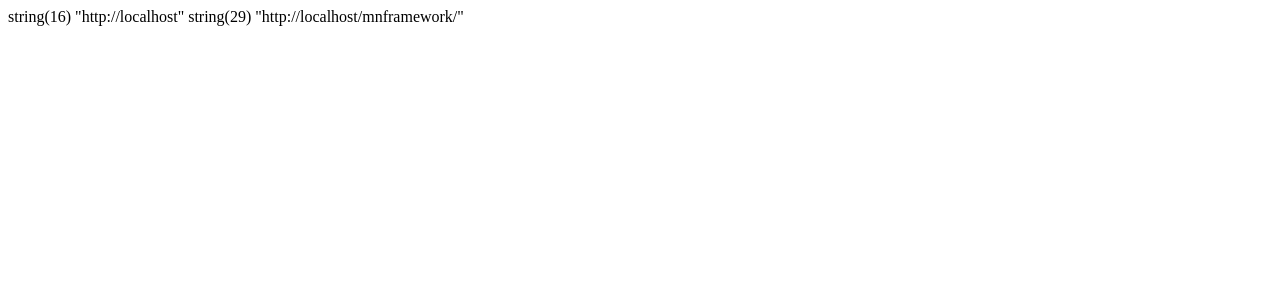
Repository: nersus15/mnTemplate
Page: http://localhost/mnframework/
These files come from the project's save history. The page is drawn as it stood at one moment and after the next save; the edit follows.
The browser window is 1280 px wide. The pictures show the whole page.
The page is run by PHP 8.4 with error messages shown; the project is at /var/www/html/.

Above is the page before, as saved 2020-09-26 23:07:50.

### index.php
<?php
if (!session_id()) session_start();
require_once 'apps/init.php';
new Apps();

### apps/init.php
<?php
require_once 'core/route.php';
require_once 'core/apps.php';
require_once 'core/token_generator.php';
require_once 'core/controller.php';
require_once 'config/config.php';
require_once 'core/database.php';
require_once 'core/flasher.php';
require_once 'config/autoload.php';

foreach($config['autoload'] as $k => $v){
    if(!empty($config['autoload'][$k])){
        foreach($config['autoload'][$k] as $a){
            require_once $k . '/' . $a . '.php';
        }
    }
}

### apps/core/route.php
<?php
class Route {
    /**
     * @var
     * void
     */
    protected $routes=[];

    public function __construct($url = null) {
        if(!IS_ROUTE)
            return false;
        if(in_array($url, $this->routes))
            return $this->run_routes($url);

        var_dump($url);die;
    }

    static function get($route, $function){
        $routes[] = array($route => $function);
    }

    function run_routes($route){
        if(is_callable($this->routes[$route]))
            $this->routes[$route];
        else{
            $controller = explode("@", $this->routes[$route]);
            $class = '';
            require_once APP_PATH . 'apps/controller/' . $controller[0] . '.php';
            $class = new $controller[0];
            call_user_func_array([$class, $controller[1]], []);
        }

        return true;
    }
}

### apps/core/apps.php
<?php
class apps extends Route
{
    protected $controller = controller_def;
    protected $method = method_def;
    protected $parameter = [];
    protected $controller_path = '';
    public function __construct()
    {
        $protocol = (isset($_SERVER['HTTPS']) && $_SERVER['HTTPS'] === 'on' ? "https" : "http") . "://$_SERVER[HTTP_HOST]";
        var_dump($protocol);
        $isrout = parent::__construct(str_replace($protocol.'://', '', $this->get_link()));
        if (!$isrout) {
            $url = $this->parseURL();
            //cek apakah ada file kontroller dengan nama sesuai di url
            if (!empty($url)) {
                if (count($url) > 1 && file_exists(APP_PATH . 'controller/' . $url[0] . '/' . $url[1] . '.php')) {
                    $this->controller_path = APP_PATH . 'controller/' . $url[0] . '/' . $url[1] . '.php';
                    $this->controller = $url[1];
                    if (count($url) >= 3) {
                        $this->method = $url[2];
                        unset($url[0], $url[1], $url[2]);
                    }
                } elseif (file_exists(APP_PATH . 'controller/' . $url[0] . '.php')) {
                    $this->controller_path = APP_PATH . 'controller/' . $url[0] . '.php';
                    $this->controller = $url[0];
                    if (count($url) >= 2) {
                        $this->method = $url[1];
                        unset($url[0], $url[1]);
                    } elseif (count($url) == 1)
                        unset($url[0]);
                } else {
                    response(['message' => 'Halaman yang anda tuju tidak ditemukan'], 404, 'error');
                }
            } else {
                if (!file_exists(APP_PATH . 'controller/' . $this->controller . '.php')) {
                    response(['message' => 'Halaman yang anda tuju tidak ditemukan'], 404, 'error');
                } else {
                    $this->controller_path = APP_PATH . 'controller/' . $this->controller . '.php';
                }
            }

            require_once $this->controller_path;
            $controller = new $this->controller;
            // var_dump($this->method);die;

            //cek apakah ada parameter yang dikirimkan
            if (!empty($url)) {
                foreach ($url as $k => $v) {
                    if (empty($v))
                        unset($url[$k]);
                }

                $this->parameter = array_values($url);
            }
            //menjalankan controller, method, daan paramter
            call_user_func([$controller, $this->method], $this->parameter);
        }
    }
    public function parseURL()
    {
        $url = $this->get_link();
        $url = str_replace(BASEURL, '', $actual_link);

        // var_dump($url);die;
        return empty($url) ? $url : explode('/', $url);
    }

    public function get_link(){
        $actual_link = (isset($_SERVER['HTTPS']) && $_SERVER['HTTPS'] === 'on' ? "https" : "http") . "://$_SERVER[HTTP_HOST]$_SERVER[REQUEST_URI]";
        return $actual_link;
    }
}

### apps/core/token_generator.php
<?php
class Token
{
    protected $token = array();
    protected $fs;

    function init()
    {

    }
    function generate($value)
    {
        $id = uniqid();
        $value = array('aktif' => true, 'value' => $value);
        // $this->fs->add($id, $value);
        var_dump($this->fs->read());

        return $id;
    }

    function validate($token)
    {
        if (!isset($this->token[$token]))
            return array("message" => "error! Token tidak valid", "status" => false);

        if (!$this->token[$token]['aktif'])
            return array("message" => "error! Token sudah digunakan", "status" => false);

        $this->token[$token]['aktif'] = false;
        return true;
    }
    function reset($token)
    {
        $temp = $this->token[$token]['value'];
        unset($this->token[$token]);
        return $this->generate($temp);
    }
}

### apps/core/controller.php
<?php
class controller
{

    private $instance;
    private $views = [];
    private $params = ['params' => []];

    public function __construct()
    {
        $this->instance = &$this;
    }
    public function view($view, $data = [])
    {
        extract($data);
        // var_dump(APP_PATH . 'views/' . $view . '.php');die;
        try {
            require_once APP_PATH . 'views/' . $view . '.php';
        } catch (\Throwable $th) {
            response(['message' => 'error', 'err' => print_r($th, true)], 404);
        }
    }
    public function model($model)
    {
        require_once APP_PATH . 'models/' . $model . '.php';
        return new $model;
    }
    public function helper($helper)
    {
        require_once APP_PATH . 'helpers/' . $helper . '.php';
    }

    public function library($lib)
    {
        require_once APP_PATH . 'library/' . $lib . '.php';
        $class = $lib . '_lib';
        return new $class;
    }
    public function getinstance()
    {
        return $this->instance;
    }

    public function addViews($views, $params = null)
    {
        if (is_array($views)) {
            foreach ($views as $v)
                $this->views[] = $v;
        } else
            $this->views[] = $views;
        if (!is_array($params))
            $this->params['params'][] = $params;
        else {
            foreach ($params as $k => $v) {
                $this->params[$k] = $v;
            }
        }
    }
    function add_javascript($js)
    {
        if (isset($js['pos'])) {
            $this->params['extra_js'][] = $js;
        } else {
            foreach ($js as $j) {
                $this->params['extra_js'][] = $j;
            }
        }
    }
    function error_page($file, $params, $type = 'html')
    {
        $this->load->view('errors/' . $type . '/' . $file, $params);
    }
    function add_cachedJavascript($js, $type = 'file', $data = array())
    {
        if (!empty($data)) {
            foreach ($data as $k => $v) {
                $this->params['var'][$k] = $v;
            }
        }
        $this->params['extra_js'][] = array(
            'script' => $type == 'file' ? file_get_contents(STATIC_PATH . 'js/' . $js . '.js') : $js,
            'type' => 'inline',
            'pos' => 'body:end'
        );
    }
    function add_cachedStylesheet($css, $type = 'file', $pos = 'head', $data = array())
    {
        if (!empty($data)) {
            foreach ($data as $k => $v) {
                $this->params['var'][$k] = $v;
            }
        }
        $this->params['extra_css'][] = array(
            'style' => $type == 'file' ? file_get_contents(STATIC_PATH  . 'css/' . $css . '.css') : $css,
            'type' => 'inline',
            'pos' => $pos
        );
    }
    function add_stylesheet($css)
    {
        if (isset($css['pos'])) {
            $this->params['extra_css'][] = $css;
        } else {
            foreach ($css as $c) {
                $this->params['extra_css'][] = $c;
            }
        }
    }
    public function render()
    {
        foreach ($this->views as $view) {
            $this->view($view, $this->params);
        }
        $this->views = [];
        $this->params = [];
    }
}

### apps/config/config.php
<?php
define('BASEURL', 'http://localhost/mnframework/');
// define('STATIC_PATH', "https://localhost/mnframework/");
define("VENDOR_PATH", "https://cdn.kamscode.tech/");
define('APP_PATH', str_replace('config', '', __DIR__));
define('PROJECT_PATH', str_replace('apps/', '', APP_PATH));
define('DB_HOST', 'localhost');
define('DB_USER', 'root');
define('DB_PASS', '');
define('DB_NAME', 'mnframework');
define('controller_def', 'home');
define('method_def', 'index');
define('IS_ROUTE', true);
define('DEPENDENCIES_PATH', str_replace('apps/', '', APP_PATH) . 'vendor/');
date_default_timezone_set('Asia/Singapore');

// CONST
define('MYSQL_TIMESTAMP_FORMAT', 'Y-m-d H:i:s');
define('MYSQL_DATE_FORMAT', 'Y-m-d');

### apps/core/database.php
<?php
class database
{

    private $host = DB_HOST;
    private $user = DB_USER;
    private $pass = DB_PASS;
    private $name = DB_NAME;

    private $dbh;
    private $stmt;

    public function __construct()
    {
        //database source name
        $dsn = 'mysql:host=' . $this->host . ';dbname=' . $this->name;
        $option = [
            PDO::ATTR_PERSISTENT => true,
            PDO::ATTR_ERRMODE => PDO::ERRMODE_EXCEPTION
        ];
        try {
            $this->dbh = new PDO($dsn, $this->user, $this->pass, $option);
        } catch (PDOExceptioin $e) {
            die($e->getMessage());
        }
    }
    public function query($query)
    {
        $this->stmt = $this->dbh->prepare($query);
    }
    //binding query
    public function bind($param, $value, $type = null)
    {

        if (is_null($type)) {
            switch (true) {
                case is_int($value):
                    $type = PDO::PARAM_INT;
                    break;
                case is_bool($value):
                    $type = PDO::PARAM_BOOL;
                    break;
                case is_null($value):
                    $type = PDO::PARAM_NULL;
                    break;
                default:
                    $type = PDO::PARAM_STR;
            }
        }
        $this->stmt->bindValue($param, $value, $type);
    }
    //menjalankan query
    public function execute()
    {
        $this->stmt->execute();
        // var_dump($this->stmt);
        // die;
    }
    //mengambil semua hasil query
    public function resultSet()
    {
        $this->execute();
        return $this->stmt->fetchAll(PDO::FETCH_ASSOC);
    }
    //mengambil satu hasil query
    public function single()
    {
        $this->execute();
        return $this->stmt->Fetch(PDO::FETCH_ASSOC);
    }
    public function rowCount()
    {
        $this->execute();
        return $this->stmt->rowCount();
    }
    public function result_object()
    {

        $num = $this->rowCount();
        if ($num > 0) {
            $passwords['item'] = array();
            while ($row = $this->stmt->fetch(PDO::FETCH_ASSOC)) {
                extract($row);
                $item = array(
                    "site" => isset($site) ? $site : null,
                    "url" => isset($url) ? $url : null,
                    "username" => isset($username) ? $username : null,
                    "password" => isset($password) ? $password : null,
                    "pemilik" => isset($pemilik) ? $pemilik : null,
                );
                array_push($passwords['item'], $item);
            }
        }
        return $passwords['item'];
    }
    public function single_object()
    {
        $this->execute();
        return $this->stmt->Fetch(PDO::FETCH_ORI_REL);
    }
}

### apps/core/flasher.php
<?php
class flasher
{
    public static function setFlash($pesan, $type)
    {
        $_SESSION['flash'] = [
            'pesan' => $pesan,
            'type' => $type
        ];
    }
    public static function flash()
    {
        if (isset($_SESSION['flash'])) {
            echo '<div class="alert alert-' . $_SESSION['flash']['type'] . ' alert-dismissible fade show" role="alert">
           <strong>' . $_SESSION['flash']['pesan'] . '
          </div>';
            unset($_SESSION['flash']);
        }
    }
}

### apps/config/autoload.php
<?php
// Config untuk autoload helper dan library

$config['autoload']['helpers'] = array('main_helper');

### apps/helpers/main_helper.php
<?php

function response($message = '', $code = 200, $type = 'succes')
{
    http_response_code($code);
    $message['type'] = $type;
    echo json_encode($message);
    die;
}



function config_item($file = '', $params = null)
{

    $field = [];
    if (!empty($params)) {

        if (is_array($params)) {
            for ($i = 0; $i < count($params); $i++)
                $field[] = $params[$i];
        } else
            $field[] = $params;
    }
    if (file_exists(APP_PATH . 'config/' . $file . '.php')) {
        $file_path =  APP_PATH . 'config/' . $file . '.php';
        require($file_path);

        if (!empty($field)) {
            switch (count($field)) {
                case 1:
                    return $config[$field[0]];
                    break;
                case 2:
                    return $config[$field[0]][$field[1]];
                    break;
            }
        } else
            return $config;
    } else
        response(['message' => 'file config tidak ditemukan'], 500);
}
function catat($log, $tipe = 'WARNING')
{
    $temp = $log;
    $separator = "============================================================<< MULAI >>=====================================================";

    $temp = is_array($temp) ? print_r($temp, true)  : $temp;
    $log = PHP_EOL . $separator . PHP_EOL . "[" . waktu(null, 'd-M-Y H:i:s') . " " . date_default_timezone_get() . ' ' . get_client_ip() . ' ' . $_SERVER['HTTP_USER_AGENT'] . "] " . $tipe . ": " . $temp;

    $log_sebelum = file_get_contents(PROJECT_PATH . 'error_log');
    $separator = "============================================================<< SELESAI >>=====================================================";
    file_put_contents(PROJECT_PATH . 'error_log', $log_sebelum . PHP_EOL . $log . PHP_EOL . $separator . PHP_EOL);
}

function clear_log()
{
    file_put_contents(PROJECT_PATH . 'error_log', '');
}
// Function to get the client IP address
function get_client_ip()
{
    $ipaddress = '';
    if (getenv('HTTP_CLIENT_IP'))
        $ipaddress = getenv('HTTP_CLIENT_IP');
    else if (getenv('HTTP_X_FORWARDED_FOR'))
        $ipaddress = getenv('HTTP_X_FORWARDED_FOR');
    else if (getenv('HTTP_X_FORWARDED'))
        $ipaddress = getenv('HTTP_X_FORWARDED');
    else if (getenv('HTTP_FORWARDED_FOR'))
        $ipaddress = getenv('HTTP_FORWARDED_FOR');
    else if (getenv('HTTP_FORWARDED'))
        $ipaddress = getenv('HTTP_FORWARDED');
    else if (getenv('REMOTE_ADDR'))
        $ipaddress = getenv('REMOTE_ADDR');
    else
        $ipaddress = 'UNKNOWN';
    return $ipaddress;
}
function random($length = 5, $type = 'string')
{
    $characters = $type == 'string' ? '0123456789abcdefghijklmnopqrstuvwxyzABCDEFGHIJKLMNOPQRSTUVWXYZ' : '0123456789';
    $charactersLength = strlen($characters);
    $randomString = '';
    for ($i = 0; $i < $length; $i++) {
        $randomString .= $characters[rand(0, $charactersLength - 1)];
    }
    return $type == 'string' ? $randomString : boolval($randomString);
}
function waktu($waktu = null, $format = MYSQL_TIMESTAMP_FORMAT)
{
    $waktu = empty($waktu) ? time() : $waktu;
    return date($format, $waktu);
}
function httpmethod($method = 'POST')
{
    return $_SERVER['REQUEST_METHOD'] == $method;
}

function add_resource_group($name, $type = null, $pos = null)
{

    $type = empty($type) ? 'semua' : $type;
    $pos = empty($pos) ? 'head' : $pos;


    $resourceText = '';
    $configitem = config_item('theme');
    $configitem = $configitem['themes'];

    if ($type == 'semua') {
        if (empty($configitem[$name]))
            return null;
        foreach ($configitem[$name] as $k => $v) {
            foreach ($v as $resource) {
                $resource['src'] = $resource['src'];
                if ($k == 'js')
                    $resourceText .= $resource['pos'] == $pos ? "<script src='{$resource['src']}'></script>" : null;
                elseif ($k == 'css')
                    $resourceText .= $resource['pos'] == $pos ? "<link rel='stylesheet' href='{$resource['src']}'></link>" : null;
            }
        }
    } else {
        if (empty($configitem[$name][$type]))
            return null;
        foreach ($configitem[$name][$type] as $k => $v) {
            $v['src'] = $v['src'];
            if ($type == 'js') {
                if ($v['pos'] == $pos)
                    $resourceText .= "<script src='{$v['src']}'></script>";
            }
            if ($type == 'css') {
                if ($v['pos'] == $pos)
                    $resourceText .= "<link rel='stylesheet' href='{$v['src']}'></link>";
            }
        }
    }
    return $resourceText;
}

function include_view($path, $data = null)
{
    if (is_array($data))
        extract($data);
    // var_dump(APP_PATH . 'views/' . $path . '.php');die;
    include APP_PATH . 'views/' . $path . '.php';
}
function rupiah_format($angka)
{
    $hasil_rupiah = "Rp. " . number_format($angka, 2, ',', '.');
    return $hasil_rupiah;
}

After the next save:
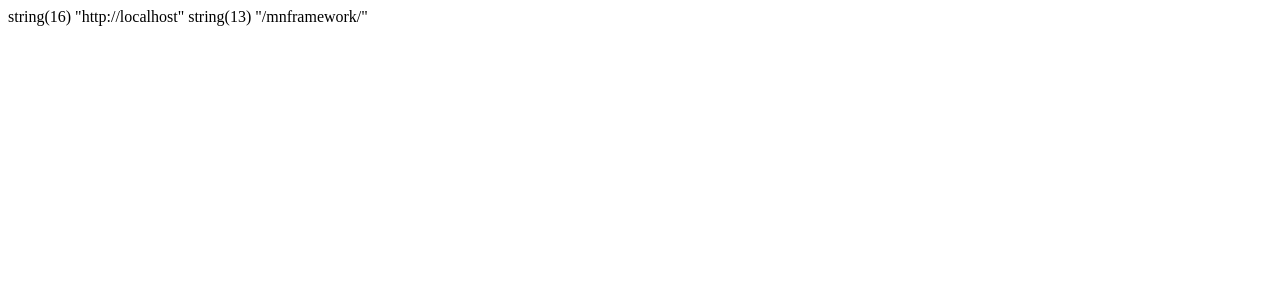
Saved 9 s later.
--- a/apps/core/apps.php
+++ b/apps/core/apps.php
@@ -9,7 +9,7 @@ class apps extends Route
     {
         $protocol = (isset($_SERVER['HTTPS']) && $_SERVER['HTTPS'] === 'on' ? "https" : "http") . "://$_SERVER[HTTP_HOST]";
         var_dump($protocol);
-        $isrout = parent::__construct(str_replace($protocol.'://', '', $this->get_link()));
+        $isrout = parent::__construct(str_replace($protocol, '', $this->get_link()));
         if (!$isrout) {
             $url = $this->parseURL();
             //cek apakah ada file kontroller dengan nama sesuai di url
